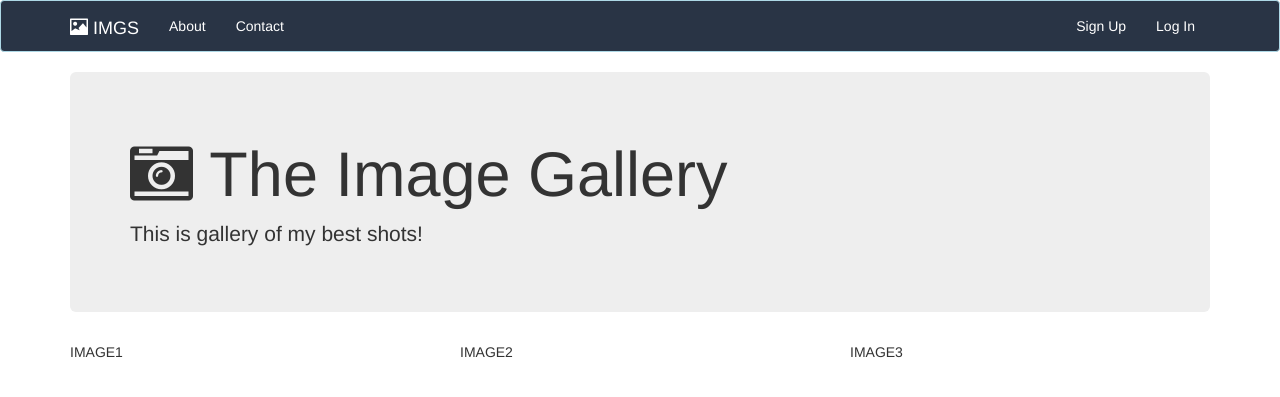
Repository: mmaurice/WebDev
Page: ImageGallery/workspace/gallery.html
The author's editor kept a record of every edit. The page is drawn from the files as they stood at one moment, then again after the next edit.
The browser window is 1280 px wide. The pictures show the whole page.

Above is the page before.

### ImageGallery/workspace/gallery.html
<!DOCTYPE html>
<html>
<head>
	<title>Image Gallery</title>
	<link rel="stylesheet" href="https://maxcdn.bootstrapcdn.com/bootstrap/3.3.7/css/bootstrap.min.css" integrity="sha384-BVYiiSIFeK1dGmJRAkycuHAHRg32OmUcww7on3RYdg4Va+PmSTsz/K68vbdEjh4u" crossorigin="anonymous">
	<link rel="stylesheet" href="https://cdnjs.cloudflare.com/ajax/libs/font-awesome/4.7.0/css/font-awesome.min.css">
	<link rel="stylesheet" type="text/css" href="styles.css">
</head>
<body>

<nav class="navbar navbar-default">
  <div class="container">
    <!-- Brand and toggle get grouped for better mobile display -->
    <div class="navbar-header">
      <button type="button" class="navbar-toggle collapsed" data-toggle="collapse" data-target="#bs-example-navbar-collapse-1" aria-expanded="false">
        <span class="sr-only">Toggle navigation</span>
        <span class="icon-bar"></span>
        <span class="icon-bar"></span>
        <span class="icon-bar"></span>
      </button>
      <div class="brand-icon">
        <a class="navbar-brand" href="#">
          <span class="glyphicon glyphicon-picture"></span>
          IMGS
        </a>
      </div>

    </div>

    <!-- Collect the nav links, forms, and other content for toggling -->
    <div class="collapse navbar-collapse" id="bs-example-navbar-collapse-1">
      <ul class="nav navbar-nav">
        <li><a href="#">About</a></li>
        <li><a href="#">Contact</a></li>
      </ul>
      <ul class="nav navbar-nav navbar-right">
        <li><a href="#">Sign Up</a></li>
        <li><a href="#">Log In</a></li>
      </ul>
    </div><!-- /.navbar-collapse -->
  </div><!-- /.container -->
</nav>

<div class="container">
  <div class="jumbotron">
    <h1>
      <span class="fa fa-camera-retro"></span>
      The Image Gallery
    </h1>
    <p>This is gallery of my best shots!</p>
  </div>
</div>

<div class="container">
  <div class="row">
    <div class="col-md-4">
      <p>IMAGE1</p>
    </div>
    <div class="col-md-4">
      <p>IMAGE2</p>
    </div>
    <div class="col-md-4">
      <p>IMAGE3</p>
    </div>
  </div>

</div>


<script
  src="https://code.jquery.com/jquery-3.3.1.js"
  integrity="sha256-2Kok7MbOyxpgUVvAk/HJ2jigOSYS2auK4Pfzbm7uH60="
  crossorigin="anonymous"></script>
<script
  src="https://maxcdn.bootstrapcdn.com/bootstrap/3.3.7/js/bootstrap.min.js"
  integrity="sha384-Tc5IQib027qvyjSMfHjOMaLkfuWVxZxUPnCJA7l2mCWNIpG9mGCD8wGNIcPD7Txa"
  crossorigin="anonymous"></script>
</body>
</html>

### ImageGallery/workspace/styles.css
/*.navbar-default{*/
/*	background-color: #4682B4;*/
/*}*/

/* Title */
/*.navbar-default .navbar-brand {*/
/*    color: white;*/
/*}*/

/*.navbar-default .navbar-brand:hover,*/
/*.navbar-default .navbar-brand:focus {*/
/*    color: #E6E6FA;*/
/*}*/

/*.navbar-default .navbar-nav > li > a {*/
/*    color: white;*/
/*}*/
/*.navbar-default .navbar-nav > li > a:hover,*/
/*.navbar-default .navbar-nav > li > a:focus {*/
/*    color: #E6E6FA;*/
/*}*/

.navbar-default {
  background-color: #293445;
  border-color: #add8e6;
}
.navbar-default .navbar-brand {
  color: #ffffff;
}
.navbar-default .navbar-brand:hover,
.navbar-default .navbar-brand:focus {
  color: #e6e6fa;
}
.navbar-default .navbar-text {
  color: #ffffff;
}
.navbar-default .navbar-nav > li > a {
  color: #ffffff;
}
.navbar-default .navbar-nav > li > a:hover,
.navbar-default .navbar-nav > li > a:focus {
  color: #e6e6fa;
}
.navbar-default .navbar-nav > .active > a,
.navbar-default .navbar-nav > .active > a:hover,
.navbar-default .navbar-nav > .active > a:focus {
  color: #e6e6fa;
  background-color: #add8e6;
}
.navbar-default .navbar-nav > .open > a,
.navbar-default .navbar-nav > .open > a:hover,
.navbar-default .navbar-nav > .open > a:focus {
  color: #e6e6fa;
  background-color: #add8e6;
}
.navbar-default .navbar-toggle {
  border-color: #add8e6;
}
.navbar-default .navbar-toggle:hover,
.navbar-default .navbar-toggle:focus {
  background-color: #add8e6;
}
.navbar-default .navbar-toggle .icon-bar {
  background-color: #ffffff;
}
.navbar-default .navbar-collapse,
.navbar-default .navbar-form {
  border-color: #ffffff;
}
.navbar-default .navbar-link {
  color: #ffffff;
}
.navbar-default .navbar-link:hover {
  color: #e6e6fa;
}

@media (max-width: 767px) {
  .navbar-default .navbar-nav .open .dropdown-menu > li > a {
    color: #ffffff;
  }
  .navbar-default .navbar-nav .open .dropdown-menu > li > a:hover,
  .navbar-default .navbar-nav .open .dropdown-menu > li > a:focus {
    color: #e6e6fa;
  }
  .navbar-default .navbar-nav .open .dropdown-menu > .active > a,
  .navbar-default .navbar-nav .open .dropdown-menu > .active > a:hover,
  .navbar-default .navbar-nav .open .dropdown-menu > .active > a:focus {
    color: #e6e6fa;
    background-color: #add8e6;
  }
}

After the next edit:
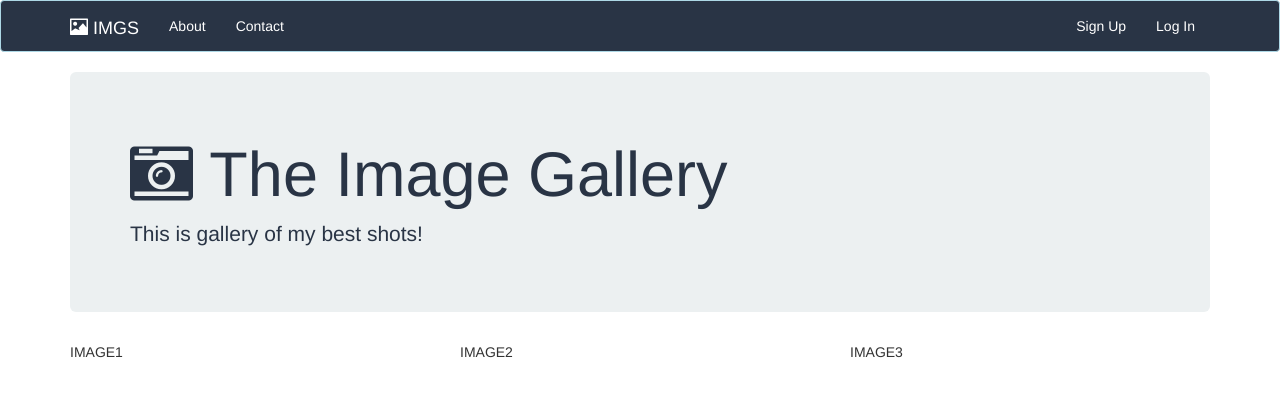
The edit:
--- a/ImageGallery/workspace/styles.css
+++ b/ImageGallery/workspace/styles.css
@@ -89,3 +89,14 @@
     background-color: #add8e6;
   }
 }
+
+/*.brand-icon{*/
+/*	font-family: "Helvetica Neue", Helvetica, Arial, sans-serif;*/
+/*	padding-bottom: 10px;*/
+/*}*/
+
+.jumbotron{
+	color: #293445;
+	font-weight: 800;
+	background: #ecf0f1;
+}
